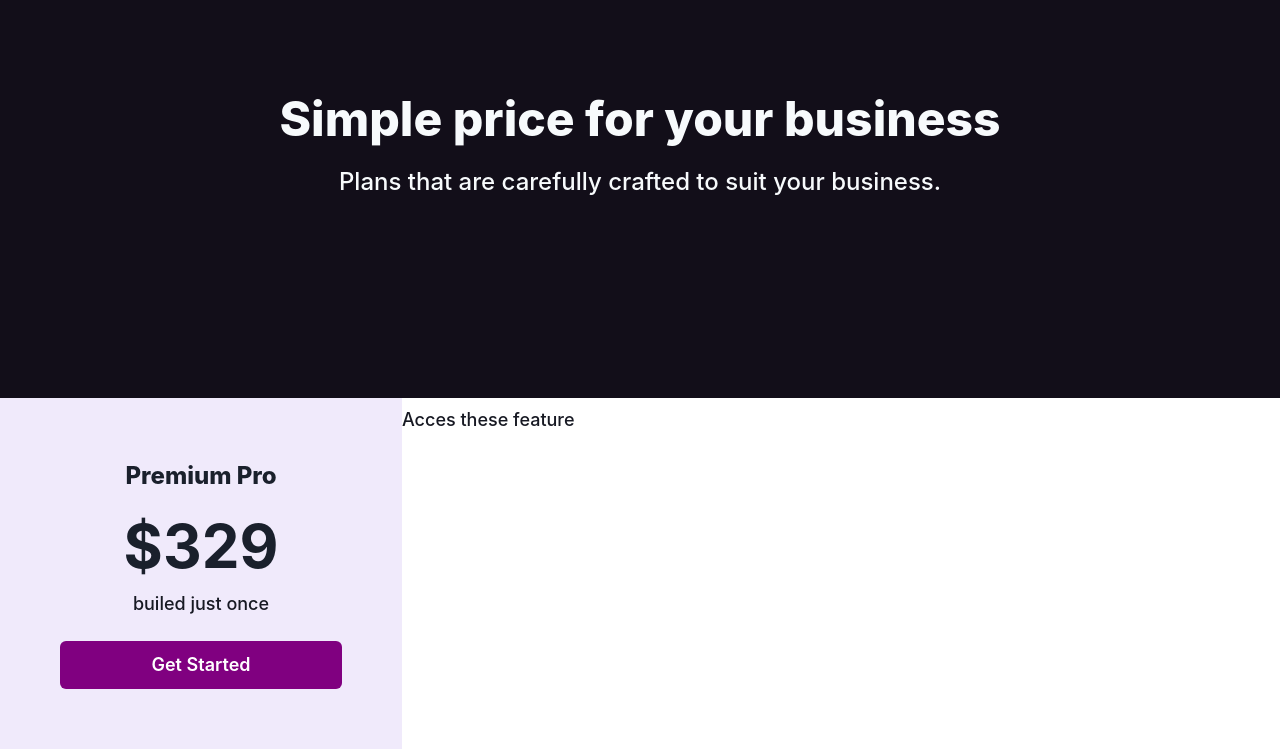
Repository: noutijo/learn-in-depth-chakra-ui
Page: /
An editor plug-in stored every save of this project. The page is shown before and after the next save, followed by the edit.
The browser window is 1280 px wide. The pictures show the whole page.
The project was rebuilt for these pictures with package versions that can differ from the ones it lists, and the page was loaded fresh each time. Also part of the build but not shown: vite.config.ts.

Above is the page before, as saved 2023-01-30 16:01:59.

After the next save:
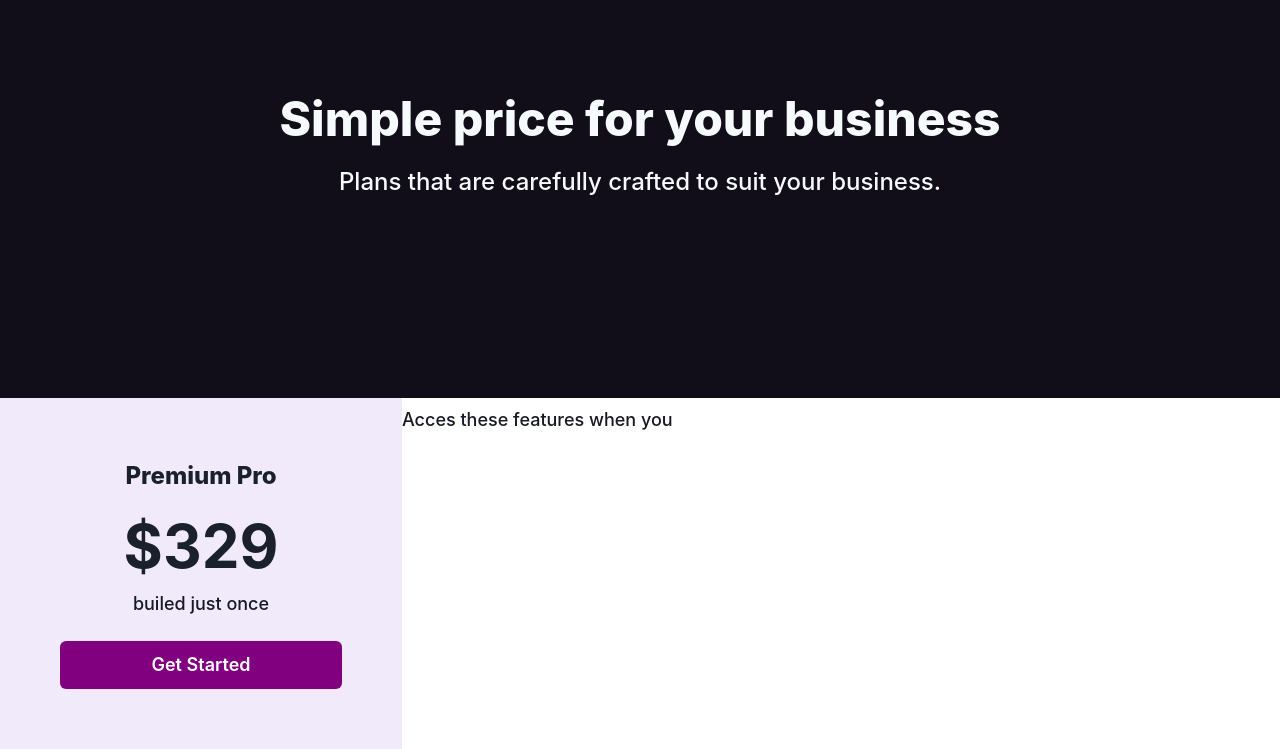
Saved 5 s later.
--- a/src/components/Pricing.tsx
+++ b/src/components/Pricing.tsx
@@ -39,7 +39,7 @@ export function Pricing() {
 
         <Box>
             <Text fontSize="18px" fontWeight="500" color="#171923" mt="8px">
-            Acces these feature
+            Acces these features when you
           </Text>
         </Box>
       </Flex>
